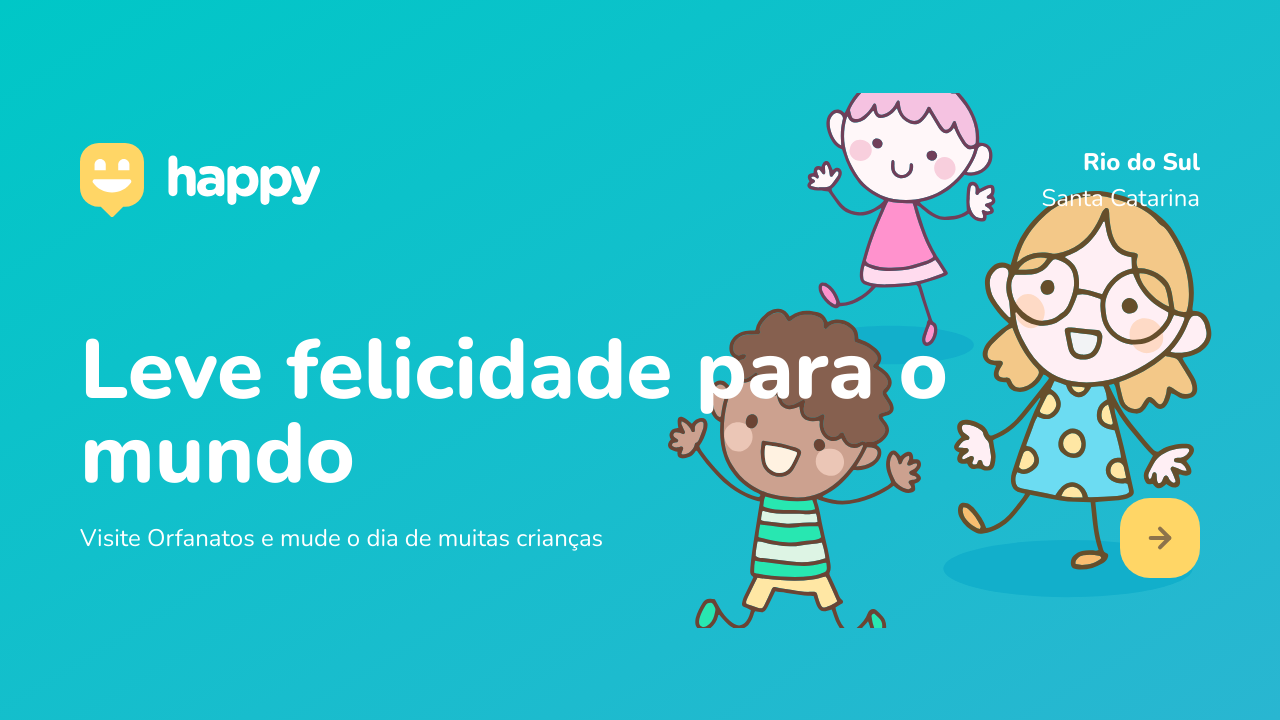
Repository: TeoNogueira/nlw3-rocketseatproject
Page: index.html
These files come from the project's save history. The page is drawn as it stood at one moment and after the next save; the edit follows.
The browser window is 1280 px wide. The pictures show the whole page.

Above is the page before, as saved 2020-10-13 16:02:53.

### index.html
<!DOCTYPE html>
<html lang="en">
  <head>
    <meta charset="UTF-8" />
    <meta name="viewport" content="width=device-width, initial-scale=1.0" />
    <title>NLW</title>
    <link rel="icon" href="/images/logo-icon.png" />
    <link rel="stylesheet" href="/css/main.css">
    <link rel="stylesheet" href="/css/animations.css">
    <link rel="stylesheet" href="/css/page-landing.css">
    <link href="https://fonts.googleapis.com/css2?family=Nunito:wght@400;600;800&display=swap" rel="stylesheet">

  </head>
  <body id="body">
    <div id="page-landing"> <!-- LANDING PAGE -->


    <div id="container"> <!-- container -->

        <header>
            <img class="animate-up"
            src="/images/logo.svg"
             alt="logomarca de happy orfanato"/> <!--LOGOMARCA-->

            <div class="location animate-up"> <!-- DIV LOCATION -->

                <strong>Rio do Sul</strong>

                <p>Santa Catarina</p>

            </div><!-- DIV LOCATION FIM -->

        </header>

          <main>

      <h1 class="animate-up">Leve felicidade para o mundo</h1>

      <section class="visit">

        <p class="animate-up"> Visite Orfanatos e mude o dia de muitas crianças</p>

        <a class="animate-up" href="#" title="Visite Orfanatos"> <!-- BOTÃO -->

            <img src="/images/arrow.svg" alt="Ir para o mapa"> <!-- BOTÃO IMAGEM -->

        </a>


         </section>
          </main>

        </div> <!-- CONTAINER FIM-->


    </div> <!-- LANDING PAGE FIM-->
  </body>
</html>

<!-- Hello World Hypertext >> são textos que contém links


    markup = marcações de tags
    -->

### public/css/main.css
* {
  margin: 0;
  padding: 0;
}

:root {
  font-size: 62.5%;
}
/* através do "ROOTEM" ou "rem" posso criar um root de tamanhos de pixels pre-configurados por mim mesmo*/

body {
  height: 100vh;
  color: white;
}

body,
button,
input,
textarea {
  /*
    font-size: 1.1em;
    font-family: 'Nunito', sans-serif;
    line-height: 1;
    font-weight: 400;*/
  font: 400 1.8rem/1 "Nunito", sans-serif;
}

### public/css/animations.css
/* Animações  ----*/

@keyframes up {
  from {
    opacity: 0;
    transform: translateY(16px);
  }

  to {
    opacity: 1;
    transform: translateX(0);
  }
}

.animate-up {
  animation-name: up;
  animation-duration: 300ms;
  animation-fill-mode: backwards;
}

/* Animações FIM ----*/

### public/css/page-landing.css
#page-landing {
  background: linear-gradient(329.54deg, #29b6d1 0%, #00c7c7 100%);
  min-height: 100vh;
  text-align: center;
  display: flex;
  align-items: center;
}

.location,
h1,
visit p {
  height: 16vh;
}

/*----------alterando os lados do >>-------------------Container----*/

#container {
  margin: auto;
  width: min(90%, 112rem);


}

/*---------------BOTÃOOO-------------------*/
.visit a {
  width: 8rem;
  height: 8rem;
  background: #ffd666;
  border: none;
  border-radius: 3rem;
  display: flex;
  align-items: center; /* alinhando ao eixo y Vertical */
  justify-content: center; /* alinhando ao eixo X Horizontal */
  margin: 0 auto;
 /* margin-top: 8rem;*/
  transition: background 0.2s;
  animation-delay: 250ms;
}
/*-----------------x-x---------------x-x--------------*/

/* Tempo de aparição de cada Elemento */

#logo {
  animation-delay: 50ms;
}

.location {
  animation-delay: 100ms;
}

main h1 {
  animation-delay: 150ms;
  font-size: clamp(4rem, 8vw, 8.4rem);
}

.visit p {
  animation-delay: 200ms;
}


.visit a:hover {
  background: #96feff;
}





/* VERSION DESKTOP */

@media (min-width: 760px) {


 #container {

     /* shorthand background: image repeat position /  size */

     background: url("../images/bg.svg") no-repeat 80% / clamp(30rem, 54vw, 56rem);

     background-position: right;

     padding: 5rem 2rem;



 }



  header {
    display: flex;

    align-items: center;
    justify-content: space-between;
  }
  .location,
  h1,
  visit p {
    height: initial;
    text-align: initial;
  }
}

.location { text-align: right;
line-height: 1.5em;
font-size: 2.4rem;}


main h1 {
font-weight: bold;
width : min(300px, 80%)
line-height: .88;
margin: clamp(10%, 9vh, 12%) 0 1px;
}


.visit { display: flex;

align-items: center;
justify-content: space-between;



}


.visit p { line-height: 1.5;
  width: clamp(20rem, 20vw, );
font-size: 2.4rem;




}


.visit a { margin: initial;}

After the next save:
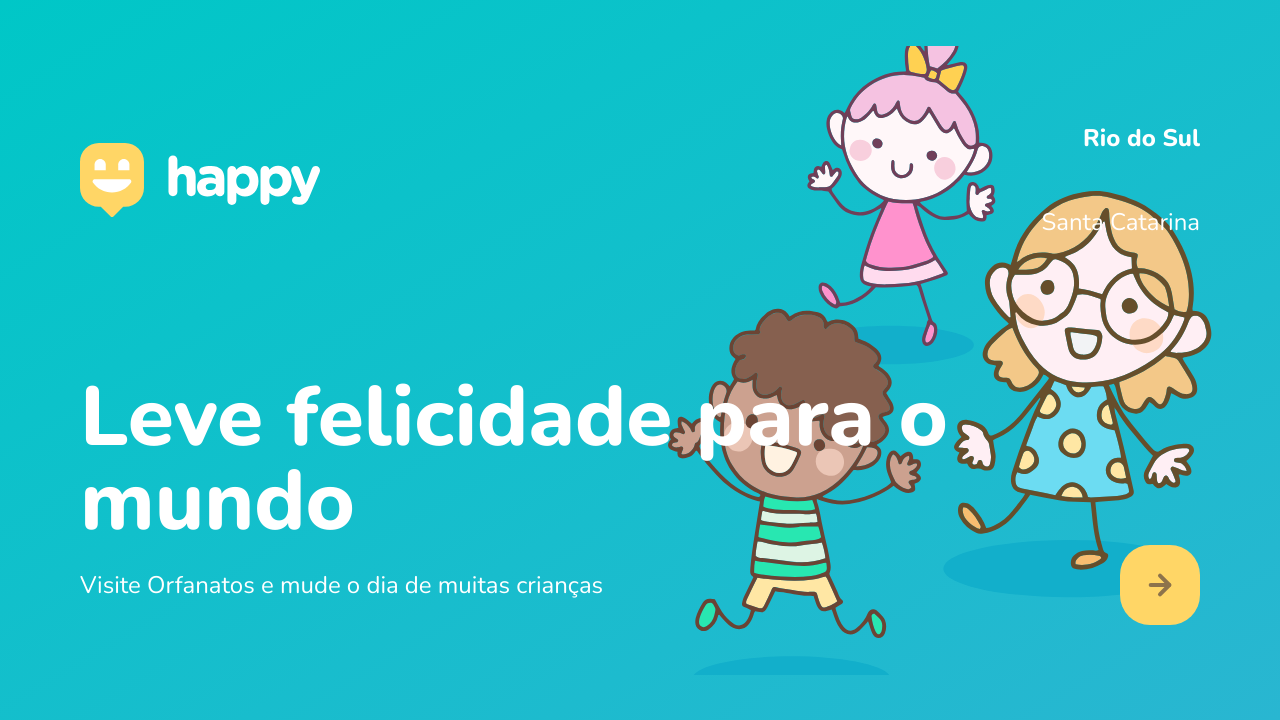
Saved 17 s later.
--- a/public/css/page-landing.css
+++ b/public/css/page-landing.css
@@ -102,7 +102,7 @@
 }
 
 .location { text-align: right;
-line-height: 1.5em;
+line-height: 3.5em;
 font-size: 2.4rem;}
 
 

After the save that followed:
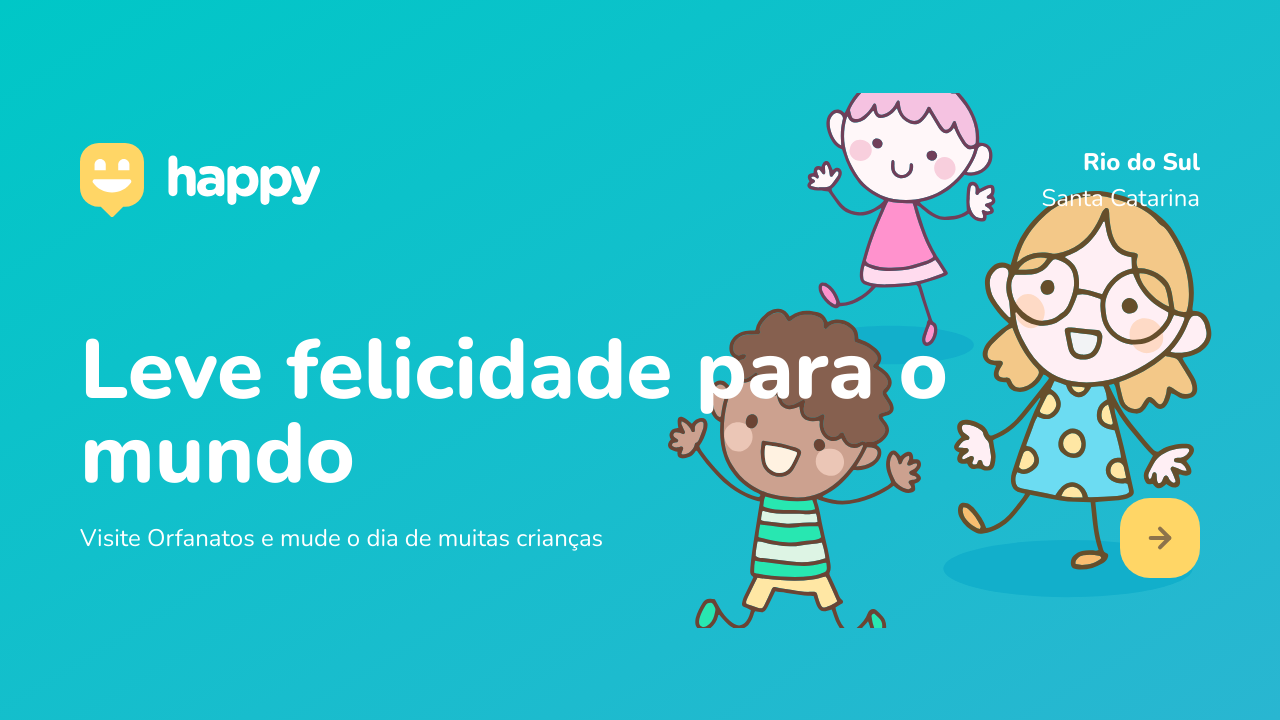
Saved 4 s later.
--- a/public/css/page-landing.css
+++ b/public/css/page-landing.css
@@ -102,7 +102,7 @@
 }
 
 .location { text-align: right;
-line-height: 3.5em;
+line-height: 1.5em;
 font-size: 2.4rem;}
 
 
